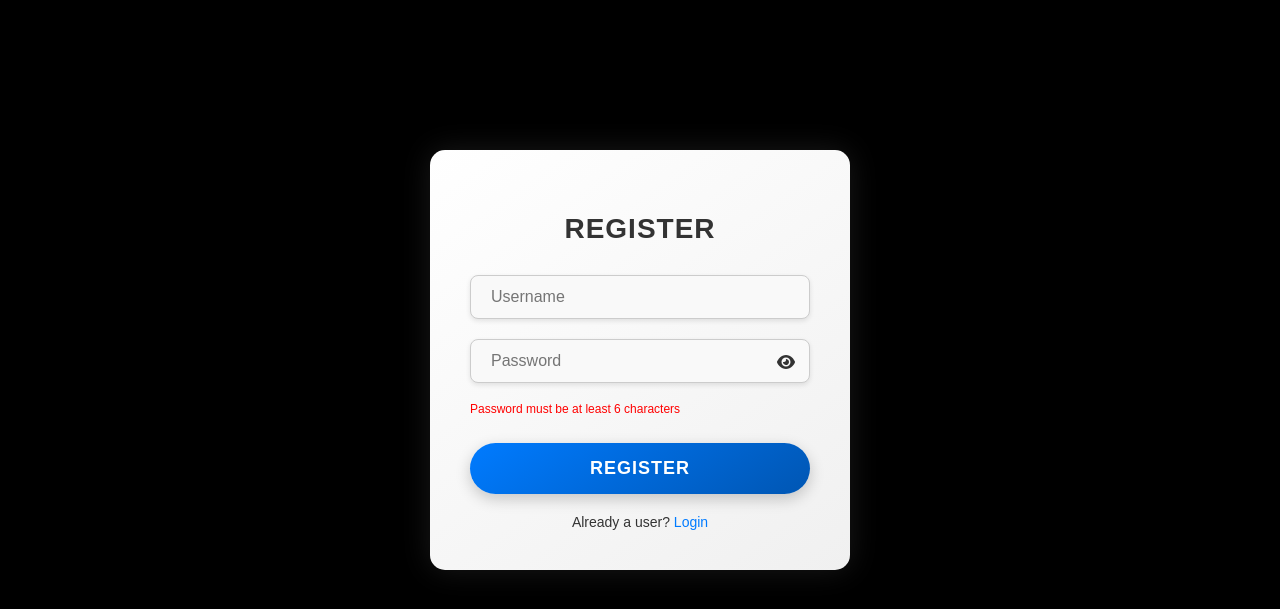
Repository: mdmisri/needy-talk
Page: /register (app in frontend/talk-d1/)
An editor plug-in stored every save of this project. The page is shown before and after the next save, followed by the edit.
The browser window is 1280 px wide. The pictures show the whole page.
The page's requests for data from a server got no answer. The project was rebuilt for these pictures with package versions that can differ from the ones it lists, and the page was loaded fresh each time. No one was signed in, and anything a server would have sent is missing. Also part of the build but not shown: frontend/talk-d1/src/components/Login/Login.js, frontend/talk-d1/src/conversationUtils.js, frontend/talk-d1/src/hooks/useConversation.js, frontend/talk-d1/src/components/Chat/styles/Message.css, frontend/talk-d1/src/components/Chat/Message.js, frontend/talk-d1/src/components/Chat/ChatBox.js, frontend/talk-d1/src/components/Chat/AdminChatBox.js, frontend/talk-d1/src/components/Chat/AdminSelection.js and 1 more.

Above is the page before, as saved 2024-07-31 01:52:55.

### frontend/talk-d1/public/index.html
<!DOCTYPE html>
<html lang="en">
  <head>
    <meta charset="utf-8" />
    <link rel="icon" href="%PUBLIC_URL%/favicon.ico" />
    <meta name="viewport" content="width=device-width, initial-scale=1" />
    <meta name="theme-color" content="#000000" />
    <meta
      name="description"
      content="Web site created using create-react-app"
    />
    <link rel="stylesheet" href="https://cdnjs.cloudflare.com/ajax/libs/font-awesome/6.0.0-beta3/css/all.min.css" integrity="sha512-5+AbuZZQn05E11w0BqO1D+efLPiYW/j9NPtG7MZhvxXlBjsV3CSCTG3kKmrRh5V7sFDR5ChauD7F1VRr8Dy/8Q==" crossorigin="anonymous" referrerpolicy="no-referrer" />
    <link rel="apple-touch-icon" href="%PUBLIC_URL%/logo192.png" />
    <!--
      manifest.json provides metadata used when your web app is installed on a
      user's mobile device or desktop. See https://developers.google.com/web/fundamentals/web-app-manifest/
    -->
    <link rel="manifest" href="%PUBLIC_URL%/manifest.json" />
    <!--
      Notice the use of %PUBLIC_URL% in the tags above.
      It will be replaced with the URL of the `public` folder during the build.
      Only files inside the `public` folder can be referenced from the HTML.

      Unlike "/favicon.ico" or "favicon.ico", "%PUBLIC_URL%/favicon.ico" will
      work correctly both with client-side routing and a non-root public URL.
      Learn how to configure a non-root public URL by running `npm run build`.
    -->
    <title>React App</title>
  </head>
  <body>
    <noscript>You need to enable JavaScript to run this app.</noscript>
    <div id="root"></div>
    <!--
      This HTML file is a template.
      If you open it directly in the browser, you will see an empty page.

      You can add webfonts, meta tags, or analytics to this file.
      The build step will place the bundled scripts into the <body> tag.

      To begin the development, run `npm start` or `yarn start`.
      To create a production bundle, use `npm run build` or `yarn build`.
    -->
  </body>
</html>

### frontend/talk-d1/src/components/Register/Register.js
import React, { useState } from 'react';
import axios from 'axios';
import { useNavigate, Link } from 'react-router-dom';
import { FontAwesomeIcon } from '@fortawesome/react-fontawesome';
import { faEye, faEyeSlash } from '@fortawesome/free-solid-svg-icons';
import "./Register.css";

const Register = () => {
    const [username, setUsername] = useState('');
    const [password, setPassword] = useState('');
    const [isAdmin, setIsAdmin] = useState(false);
    const [message, setMessage] = useState('');
    const [showPassword, setShowPassword] = useState(false);
    const navigate = useNavigate();

    const handleRegister = async (e) => {
        e.preventDefault();
        try {
            await axios.post('http://localhost:3010/api/auth/register', {
                username,
                password,
                isAdmin,
            });
            setMessage('User registered successfully');
            navigate('/login');
        } catch (err) {
            setMessage('Error registering user');
        }
    };

    const togglePasswordVisibility = () => {
        setShowPassword(!showPassword);
    };

    return (
        <div className="form-container">
            <h2>Register</h2>
            {message && <p>{message}</p>}
            <form onSubmit={handleRegister}>
                <input
                    type="text"
                    value={username}
                    onChange={(e) => setUsername(e.target.value)}
                    placeholder="Username"
                    required
                />
                <div className="password-container">
                    <input
                        type={showPassword ? "text" : "password"}
                        value={password}
                        onChange={(e) => setPassword(e.target.value)}
                        placeholder="Password"
                        required
                    />
                    <FontAwesomeIcon
                        icon={showPassword ? faEyeSlash : faEye}
                        onClick={togglePasswordVisibility}
                        className="password-toggle-icon"
                    />
                    <p className="password-requirement">Password must be at least 6 characters</p>
                </div>
                {/* <div className="checkbox-container">
                    <label className="admin-text">Admin</label>
                    <input
                        type="checkbox"
                        checked={isAdmin}
                        onChange={() => setIsAdmin(!isAdmin)}
                    />
                </div> */}
                <button type="submit">Register</button>
            </form>
            <div className="already-user">
                Already a user? <Link to="/login">Login</Link>
            </div>
        </div>
    );
};

export default Register;

### frontend/talk-d1/src/components/Login/Login.css
body, html {
    margin: 0;
    padding: 0;
    height: 100%;
    background-color: #000000; /* Set the background color to black */
    display: flex;
    justify-content: center;
    align-items: center;
    font-family: 'Arial', sans-serif;
}

.login-container {
    width: 340px;
    padding: 40px;
    background: linear-gradient(145deg, #ffffff, #f0f0f0);
    box-shadow: 0 0 30px rgba(255, 255, 255, 0.1);
    border-radius: 15px;
    text-align: center;
}

.login-container h2 {
    margin-bottom: 30px;
    color: #333;
    font-size: 28px;
    font-weight: 600;
    text-transform: uppercase;
    letter-spacing: 1px;
}

.login-container input[type="text"],
.login-container input[type="password"] {
    width: calc(100% - 40px); /* Adjust width to account for padding */
    margin-bottom: 20px;
    padding: 12px 20px; /* Adjust padding for better spacing */
    border: 1px solid #ccc; /* Add a subtle border */
    border-radius: 8px; /* Less rounded for a more modern look */
    background: #f9f9f9;
    box-shadow: 0 2px 5px rgba(0, 0, 0, 0.1); /* Subtle outer shadow */
    font-size: 16px;
    transition: all 0.3s ease;
    outline: none; /* Remove default outline */
}

.login-container input[type="text"]:focus,
.login-container input[type="password"]:focus {
    border-color: #007BFF; /* Highlight border color on focus */
    box-shadow: 0 0 5px rgba(0, 123, 255, 0.5); /* Add glow effect on focus */
    background: #fff; /* Ensure background is clear on focus */

}

.login-container button {
    width: 100%;
    padding: 15px;
    background: linear-gradient(145deg, #007bff, #0056b3);
    color: #fff;
    border: none;
    border-radius: 50px;
    cursor: pointer;
    font-size: 18px;
    font-weight: 600;
    text-transform: uppercase;
    letter-spacing: 1px;
    transition: all 0.3s ease;
    box-shadow: 0 5px 15px rgba(0, 0, 0, 0.2);
}

.login-container button:hover {
    background: linear-gradient(145deg, #0056b3, #004494);
    transform: translateY(-3px);
    box-shadow: 7px 7px 15px #d9d9d9, -7px -7px 15px #ffffff;
}

.login-container button:active {
    transform: translateY(0);
    box-shadow: 3px 3px 5px #d9d9d9, -3px -3px 5px #ffffff;
}

### frontend/talk-d1/src/components/Chat/styles/ChatBox.css
.chatbox {
    display: flex;
    flex-direction: column;
    height: 100vh;
    width: 400px;
    position: fixed; /* Fixed position */
    bottom: 0; /* Align to the bottom of the viewport */
    right: 0; /* Align to the right of the viewport */
    border: none; /* Removed border for a cleaner look */
    border-radius: 12px;
    box-shadow: 0 4px 20px rgba(0, 0, 0, 0.1);
    background-color: #ffffff; /* Changed to pure white for a cleaner design */
    overflow: hidden;
    font-family: 'Segoe UI', Tahoma, Geneva, Verdana, sans-serif; /* Updated font for modern feel */
}

.messages {
    flex: 1;
    padding: 20px;
    overflow-y: auto;
    background-color: #f9f9f9; /* Slightly off-white for contrast */
    border-top-left-radius: 12px;
    border-top-right-radius: 12px;
}

.messages div {
    margin-bottom: 12px;
    padding: 12px 16px;
    border-radius: 20px; /* More rounded corners */
    max-width: 75%;
    line-height: 1.5; /* Improved line height for readability */
    font-size: 15px; /* Slightly larger font size */
    transition: background-color 0.3s; /* Smooth background transition */
}

.sent {
    align-self: flex-end;
    background-color: #e1f5fe; /* Light blue for sent messages */
    color: #333;
}

.received {
    align-self: flex-start;
    background-color: #ffffff; /* White background for received messages */
    border: 1px solid #e0e0e0;
    color: #333;
}

.input-container {
    display: flex;
    padding: 10px;
    border-top: 1px solid #e0e0e0;
    background-color: #ffffff;
    box-shadow: 0 -2px 4px rgba(0, 0, 0, 0.1);
}

input {
    flex: 1;
    padding: 12px 20px;
    border: 2px solid #e0e0e0; /* Thicker border for input */
    border-radius: 25px;
    font-size: 15px; /* Increased font size */
    margin-right: 10px;
    box-shadow: inset 0 2px 4px rgba(0, 0, 0, 0.05);
    transition: border-color 0.3s, box-shadow 0.3s; /* Added transition for shadow */
}

input:focus {
    outline: none;
    border-color: #007bff; /* Blue border on focus */
    box-shadow: 0 0 5px rgba(0, 123, 255, 0.5);
}

button {
    padding: 12px 20px;
    border: none;
    border-radius: 25px; /* Added border-radius for button */
    background-color: #007bff; /* Blue background for button */
    color: #ffffff; /* White text for button */
    font-size: 15px; /* Increased font size */
    cursor: pointer;
    transition: background-color 0.3s; /* Smooth background transition */
}

button:hover {
    background-color: #0056b3; /* Darker blue on hover */
}

### frontend/talk-d1/src/components/Chat/styles/AdminSelection.css
body, html {
    margin: 0;
    padding: 0;
    height: 100%;
    background-color: #000000; /* Set the background color to black */
    font-family: 'Arial', sans-serif;
    color: white; /* Set default text color to white */
}

.admin-selection-container {
    display: flex;
    flex-direction: column; /* Stack the heading above the cards */
    justify-content: center;
    align-items: center;
    height: 100vh;
    text-align: center; /* Center the heading text */
}

.admin-selection-container h2 {
    margin-bottom: 20px; /* Add some space below the heading */
    color: white; /* Ensure the heading text is white */
}

.cards-wrapper {
    display: flex; /* Display the cards in a row */
    justify-content: center; /* Center the cards horizontally */
}

.card {
    background-color: white; /* Set the background color of the card to white */
    color: black; /* Set the text color inside the card to black */
    margin: 10px 20px;
    padding: 20px;
    border: 1px solid #ccc;
    border-radius: 10px;
    text-align: center;
    cursor: pointer;
    transition: transform 0.2s;
}

.card:hover {
    transform: scale(1.05);
}

.card h3 {
    margin: 0;
    color: black; /* Ensure the card header text is black */
}

.card-icon {
    font-size: 40px;
    margin-bottom: 10px;
}

Loaded but not shown: frontend/talk-d1/src/App.js (77 lines, source omitted); frontend/talk-d1/src/index.js (18 lines, source omitted); frontend/talk-d1/src/components/Chat/socket.js (6 lines, source omitted); frontend/talk-d1/src/components/Chat/styles/AdminChatBox.css (251 lines, source omitted); frontend/talk-d1/src/components/Register/Register.css (150 lines, source omitted); frontend/talk-d1/src/index.css (no stored copy; drawn as an empty file)

After the next save:
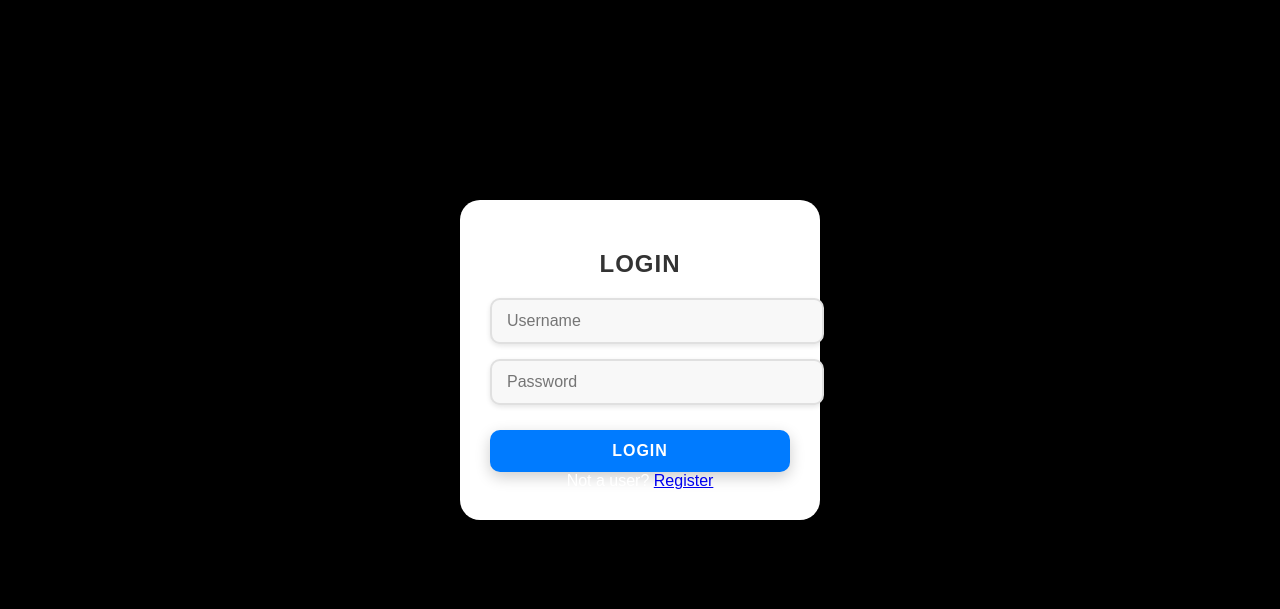
Saved 5 min 50 s later.
--- a/frontend/talk-d1/src/components/Register/Register.js
+++ b/frontend/talk-d1/src/components/Register/Register.js
@@ -1,79 +1,65 @@
 import React, { useState } from 'react';
 import axios from 'axios';
 import { useNavigate, Link } from 'react-router-dom';
-import { FontAwesomeIcon } from '@fortawesome/react-fontawesome';
-import { faEye, faEyeSlash } from '@fortawesome/free-solid-svg-icons';
-import "./Register.css";
+import socket from '../Chat/socket';
+import './Login.css';
 
-const Register = () => {
-    const [username, setUsername] = useState('');
+const Login = ({ setUser, setUsername, setIsAdmin, setAdminUsername }) => {
+    const [username, setUsernameInput] = useState('');
     const [password, setPassword] = useState('');
-    const [isAdmin, setIsAdmin] = useState(false);
-    const [message, setMessage] = useState('');
-    const [showPassword, setShowPassword] = useState(false);
+    const [error, setError] = useState('');
     const navigate = useNavigate();
 
-    const handleRegister = async (e) => {
+    const handleLogin = async (e) => {
         e.preventDefault();
         try {
-            await axios.post('http://localhost:3010/api/auth/register', {
+            const response = await axios.post('http://localhost:3010/api/auth/login', {
                 username,
                 password,
-                isAdmin,
             });
-            setMessage('User registered successfully');
-            navigate('/login');
+
+            const userData = response.data;
+            setUser(userData);
+            setUsername(username);
+            setIsAdmin(userData.isAdmin);
+
+            if (userData.isAdmin) {
+                setAdminUsername(username); // Set the admin username
+            }
+
+            socket.emit('userOnline', username);
+            navigate('/home');
         } catch (err) {
-            setMessage('Error registering user');
+            setError('Invalid credentials');
         }
     };
 
-    const togglePasswordVisibility = () => {
-        setShowPassword(!showPassword);
-    };
-
     return (
-        <div className="form-container">
-            <h2>Register</h2>
-            {message && <p>{message}</p>}
-            <form onSubmit={handleRegister}>
+        <div className="login-container">
+            <h2>Login</h2>
+            {error && <p className="error">{error}</p>}
+            <form onSubmit={handleLogin}>
                 <input
                     type="text"
                     value={username}
-                    onChange={(e) => setUsername(e.target.value)}
+                    onChange={(e) => setUsernameInput(e.target.value)}
                     placeholder="Username"
                     required
                 />
-                <div className="password-container">
-                    <input
-                        type={showPassword ? "text" : "password"}
-                        value={password}
-                        onChange={(e) => setPassword(e.target.value)}
-                        placeholder="Password"
-                        required
-                    />
-                    <FontAwesomeIcon
-                        icon={showPassword ? faEyeSlash : faEye}
-                        onClick={togglePasswordVisibility}
-                        className="password-toggle-icon"
-                    />
-                    <p className="password-requirement">Password must be at least 6 characters</p>
-                </div>
-                {/* <div className="checkbox-container">
-                    <label className="admin-text">Admin</label>
-                    <input
-                        type="checkbox"
-                        checked={isAdmin}
-                        onChange={() => setIsAdmin(!isAdmin)}
-                    />
-                </div> */}
-                <button type="submit">Register</button>
+                <input
+                    type="password"
+                    value={password}
+                    onChange={(e) => setPassword(e.target.value)}
+                    placeholder="Password"
+                    required
+                />
+                <button type="submit">Login</button>
             </form>
-            <div className="already-user">
-                Already a user? <Link to="/login">Login</Link>
+            <div className="not-a-user">
+                Not a user? <Link to="/register" className="register-link">Register</Link>
             </div>
         </div>
     );
 };
 
-export default Register;
+export default Login;

After the save that followed:
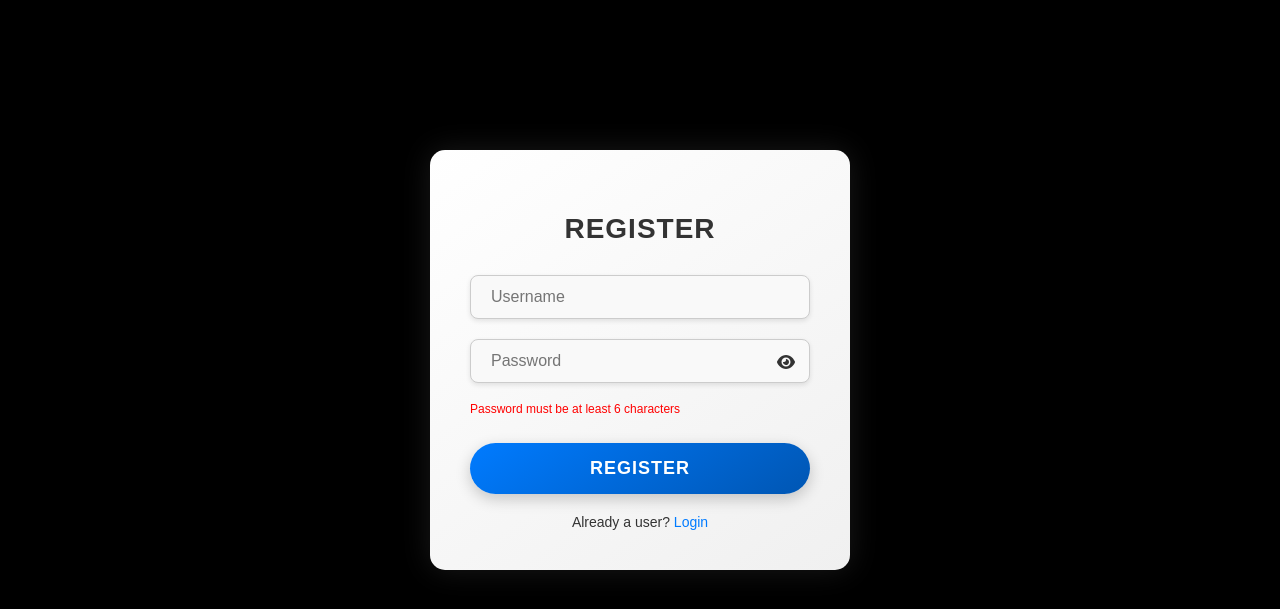
Saved 4 s later.
--- a/frontend/talk-d1/src/components/Register/Register.js
+++ b/frontend/talk-d1/src/components/Register/Register.js
@@ -1,65 +1,79 @@
 import React, { useState } from 'react';
 import axios from 'axios';
 import { useNavigate, Link } from 'react-router-dom';
-import socket from '../Chat/socket';
-import './Login.css';
+import { FontAwesomeIcon } from '@fortawesome/react-fontawesome';
+import { faEye, faEyeSlash } from '@fortawesome/free-solid-svg-icons';
+import "./Register.css";
 
-const Login = ({ setUser, setUsername, setIsAdmin, setAdminUsername }) => {
-    const [username, setUsernameInput] = useState('');
+const Register = () => {
+    const [username, setUsername] = useState('');
     const [password, setPassword] = useState('');
-    const [error, setError] = useState('');
+    const [isAdmin, setIsAdmin] = useState(false);
+    const [message, setMessage] = useState('');
+    const [showPassword, setShowPassword] = useState(false);
     const navigate = useNavigate();
 
-    const handleLogin = async (e) => {
+    const handleRegister = async (e) => {
         e.preventDefault();
         try {
-            const response = await axios.post('http://localhost:3010/api/auth/login', {
+            await axios.post('http://localhost:3010/api/auth/register', {
                 username,
                 password,
+                isAdmin,
             });
-
-            const userData = response.data;
-            setUser(userData);
-            setUsername(username);
-            setIsAdmin(userData.isAdmin);
-
-            if (userData.isAdmin) {
-                setAdminUsername(username); // Set the admin username
-            }
-
-            socket.emit('userOnline', username);
-            navigate('/home');
+            setMessage('User registered successfully');
+            navigate('/login');
         } catch (err) {
-            setError('Invalid credentials');
+            setMessage('Error registering user');
         }
     };
 
+    const togglePasswordVisibility = () => {
+        setShowPassword(!showPassword);
+    };
+
     return (
-        <div className="login-container">
-            <h2>Login</h2>
-            {error && <p className="error">{error}</p>}
-            <form onSubmit={handleLogin}>
+        <div className="form-container">
+            <h2>Register</h2>
+            {message && <p>{message}</p>}
+            <form onSubmit={handleRegister}>
                 <input
                     type="text"
                     value={username}
-                    onChange={(e) => setUsernameInput(e.target.value)}
+                    onChange={(e) => setUsername(e.target.value)}
                     placeholder="Username"
                     required
                 />
-                <input
-                    type="password"
-                    value={password}
-                    onChange={(e) => setPassword(e.target.value)}
-                    placeholder="Password"
-                    required
-                />
-                <button type="submit">Login</button>
+                <div className="password-container">
+                    <input
+                        type={showPassword ? "text" : "password"}
+                        value={password}
+                        onChange={(e) => setPassword(e.target.value)}
+                        placeholder="Password"
+                        required
+                    />
+                    <FontAwesomeIcon
+                        icon={showPassword ? faEyeSlash : faEye}
+                        onClick={togglePasswordVisibility}
+                        className="password-toggle-icon"
+                    />
+                    <p className="password-requirement">Password must be at least 6 characters</p>
+                </div>
+                {/* <div className="checkbox-container">
+                    <label className="admin-text">Admin</label>
+                    <input
+                        type="checkbox"
+                        checked={isAdmin}
+                        onChange={() => setIsAdmin(!isAdmin)}
+                    />
+                </div> */}
+                <button type="submit">Register</button>
             </form>
-            <div className="not-a-user">
-                Not a user? <Link to="/register" className="register-link">Register</Link>
+            <div className="already-user">
+                Already a user? <Link to="/login">Login</Link>
             </div>
         </div>
     );
 };
 
-export default Login;
+export default Register;
